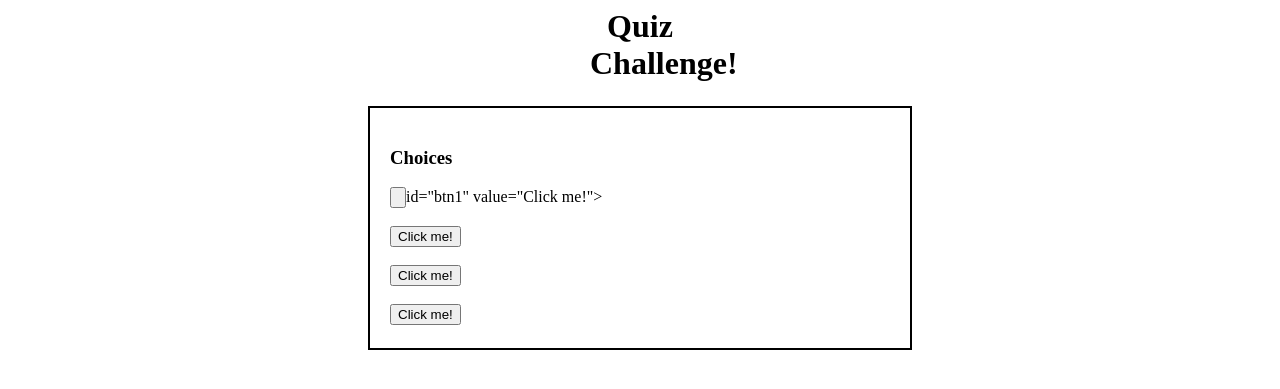
Repository: s88leigh/Quiz-Challenge
Page: index.html
The author's editor kept a copy of each file at every save. The page is drawn from the files as they stood at one save, then again after a run of saves.
The browser window is 1280 px wide. The pictures show the whole page.

Above is the page before, as saved 2019-10-18 09:16:24.
Console error: TypeError: Cannot read properties of null (reading 'addEventListener')

After the next 3 saves:
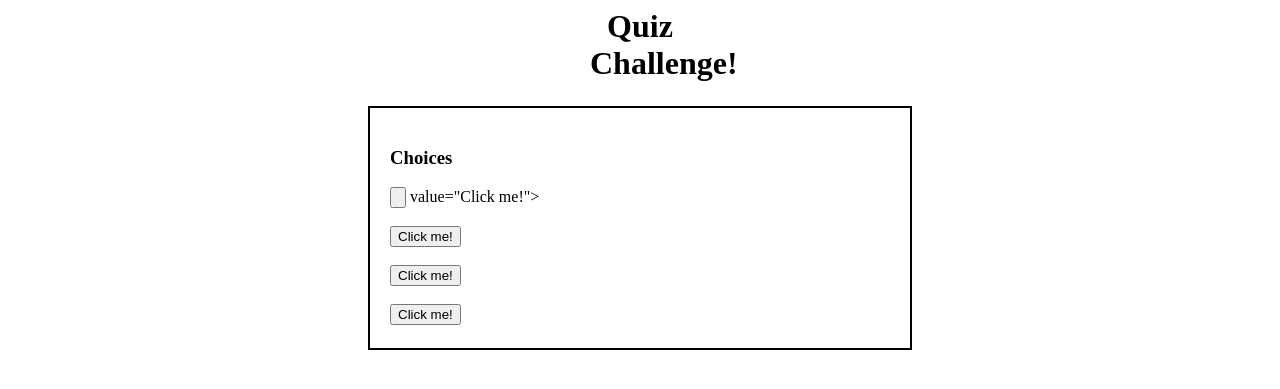
The 3 saves are shown as one change because they came seconds apart.
The last was saved 33 min 22 s later.
--- a/index.html
+++ b/index.html
@@ -16,7 +16,7 @@
 
             <h3>Choices</h3>
 
-            <input type="button" <span>id="btn1"</span>  value="Click me!"> <br> <br>
+            <input type="button" <spani d="btn1"></span>  value="Click me!"> <br> <br>
             <input type="button" id="btn2"  value="Click me!"> <br> <br>
             <input type="button" id="btn3"  value="Click me!"> <br> <br>
             <input type="button" id="btn4"  value="Click me!">
